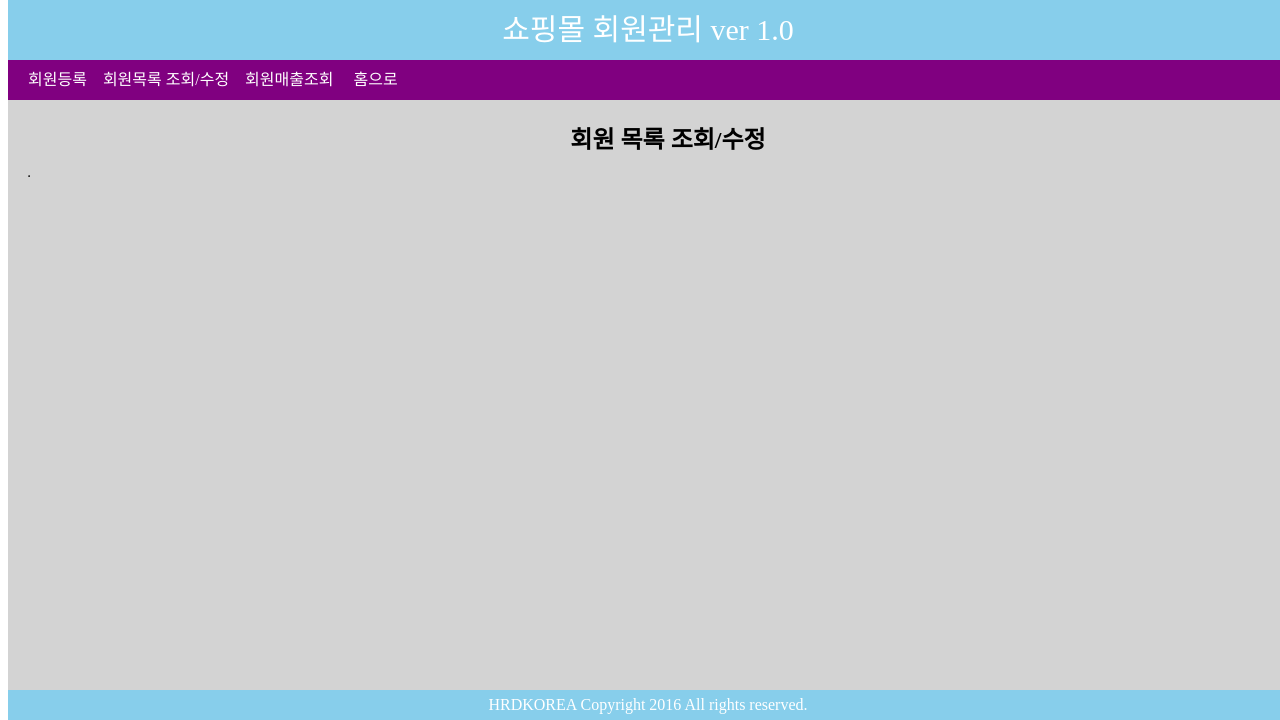
Repository: haileylee94/mini-project
Page: http://localhost/hrd/memberList.jsp
The author's editor kept a copy of each file at every save. The page is drawn from the files as they stood at one save, then again after the next save.
The browser window is 1280 px wide. The pictures show the whole page.
The page is served by Tomcat 9.

Above is the page before, as saved 2022-11-18 06:42:34.

After the next save:
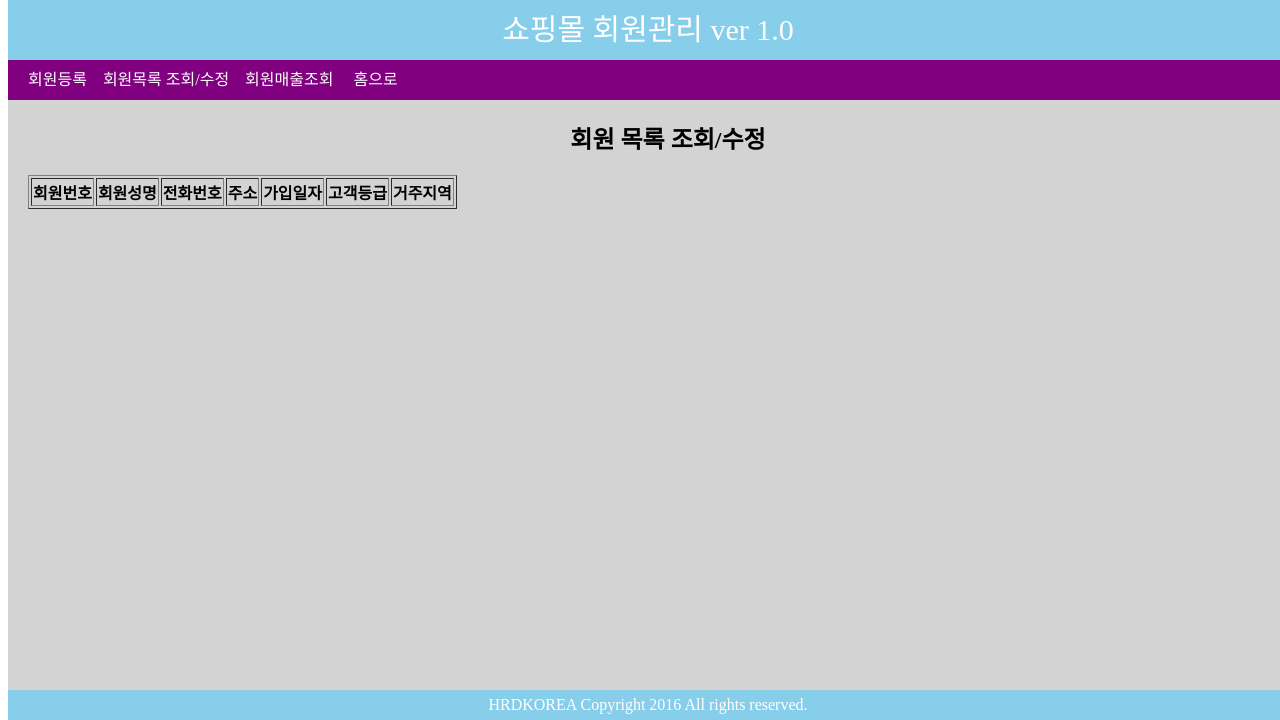
Saved 2 min 3 s later.
--- a/hrd/WebContent/memberList.jsp
+++ b/hrd/WebContent/memberList.jsp
@@ -17,6 +17,15 @@
 
 		<form>
 			<table border=1">
+				<tr>
+					<th>회원번호</th>
+					<th>회원성명</th>
+					<th>전화번호</th>
+					<th>주소</th>
+					<th>가입일자</th>
+					<th>고객등급</th>
+					<th>거주지역</th>
+				</tr>
 			</table>
 		</form>
 	</section>
